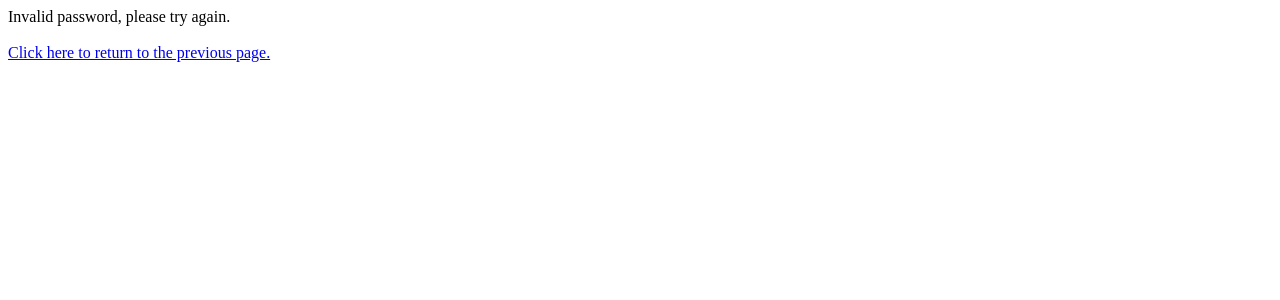
Repository: kingron98/SoftEng-Bank-Web-Application-
Page: http://localhost/SE3_BankWebApp/updateFailure.jsp
An editor plug-in stored every save of this project. The page is shown before and after a run of saves, followed by the edit.
The browser window is 1280 px wide. The pictures show the whole page.
The page is served by Tomcat 9.

Above is the page before, as saved 2020-12-12 12:11:16.

After the next 2 saves:
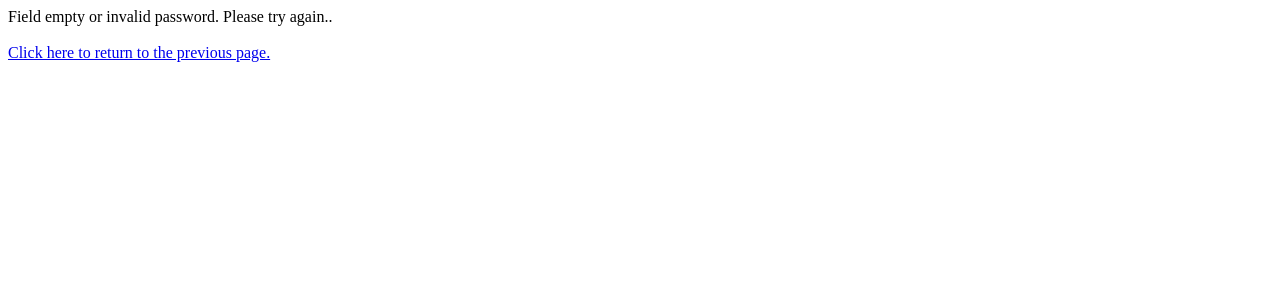
The 2 saves are shown as one change because they came seconds apart.
The last was saved 34 s later.
--- a/SE3 Bank App/Java/Workspace/SE3_BankWebApp/WebContent/updateFailure.jsp
+++ b/SE3 Bank App/Java/Workspace/SE3_BankWebApp/WebContent/updateFailure.jsp
@@ -9,7 +9,7 @@
 </head>
 
 <body>
-	Invalid password, please try again.
+	Field empty or invalid password. Please try again..
 	<br/>
 	<br/>
 	<a href="updateProfile.jsp">Click here to return to the previous page.</a>
